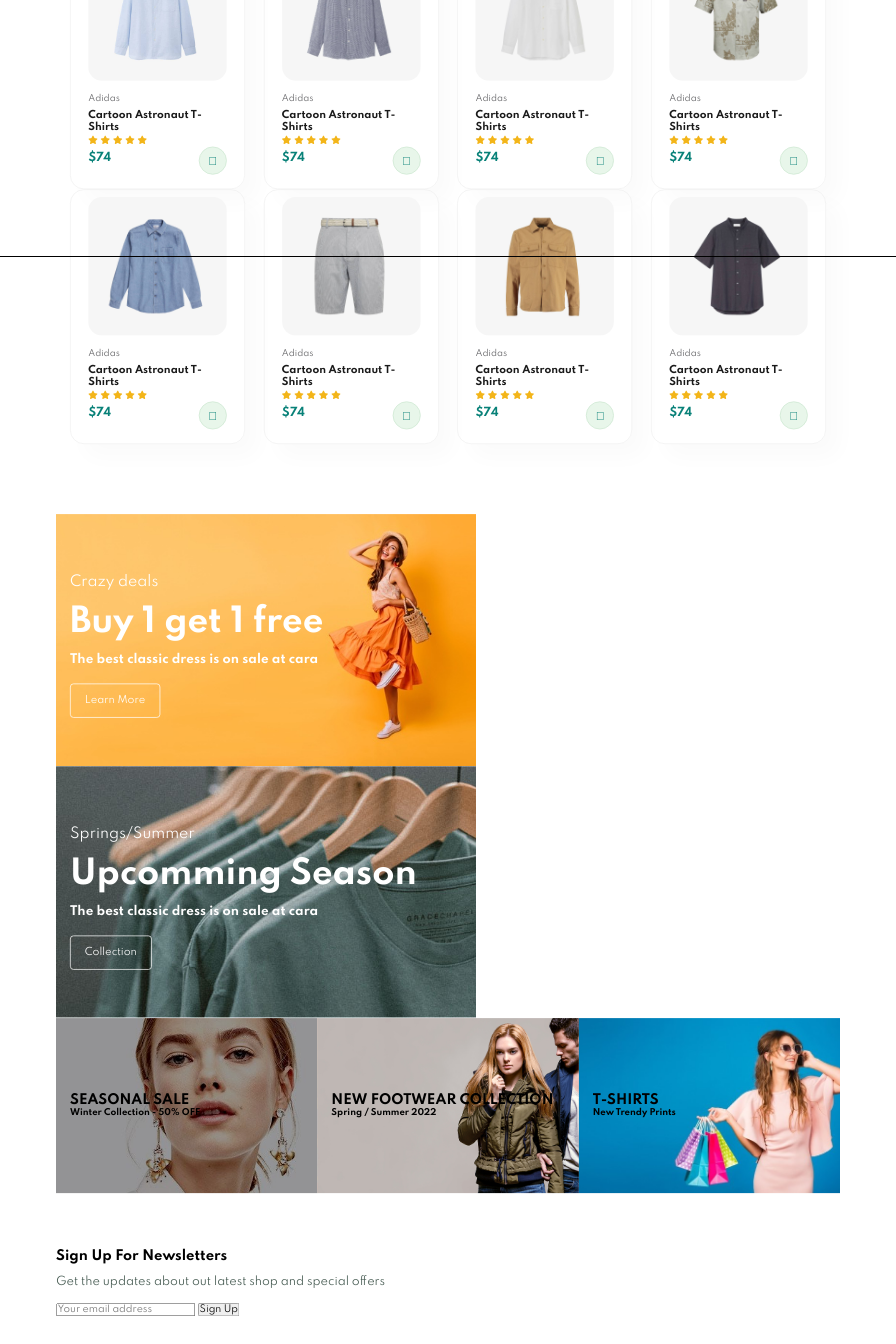
Repository: Daryllgio/E-Commerce-Website-UI
Page: index.html
An editor plug-in stored every save of this project. The page is shown before and after the next save, followed by the edit.
The browser window is 1280 px wide. The pictures show the part of the page from y = 2539 to 4459 px (the page is 4459 px tall), at 70% of full size.
Some web libraries are served in a nearby version.

Above is the page before, as saved 2024-12-31 23:48:02.

After the next save:
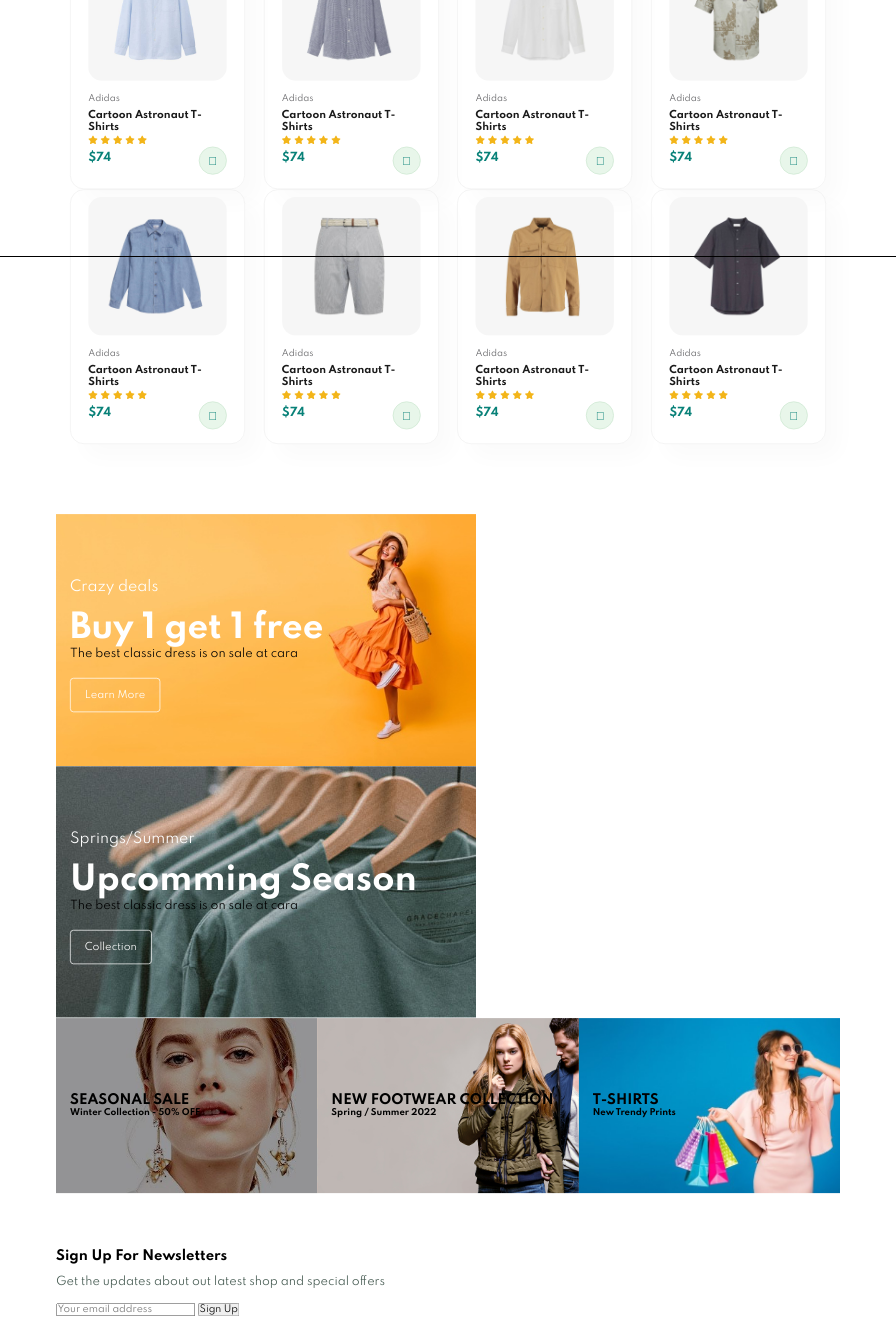
Saved 53 s later.
--- a/index.html
+++ b/index.html
@@ -443,9 +443,9 @@
                     <h2>
                         Buy 1 get 1 free
                     </h2>
-                    <h6>
+                    <span>
                         The best classic dress is on sale at cara
-                    </h6>
+                    </span>
                     <button class="normal">
                         Learn More
                     </button>
@@ -457,9 +457,9 @@
                     <h2>
                         Upcomming Season
                     </h2>
-                    <h6>
+                    <span>
                         The best classic dress is on sale at cara
-                    </h6>
+                    </span>
                     <button class="normal">
                         Collection
                     </button>
